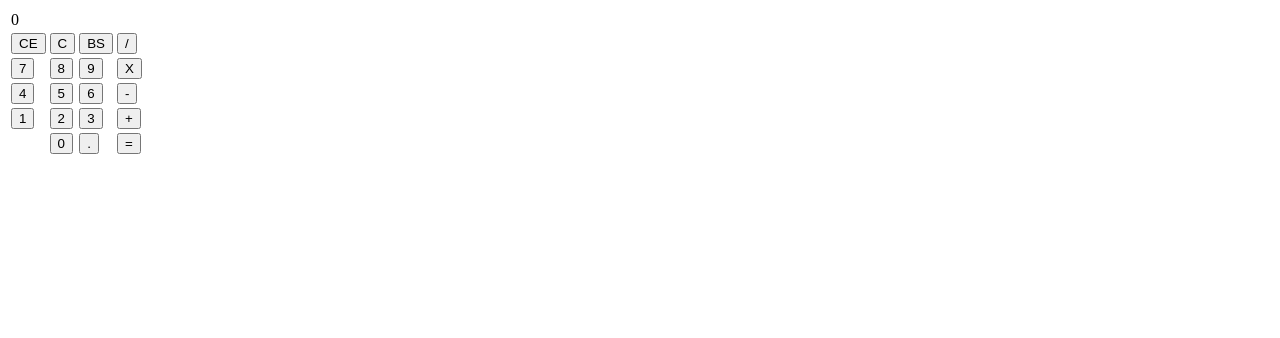
Repository: odreeblue/Study_ServletJSP
Page: jsp/workspace/JSPPrj/src/main/webapp/calc3.html
The author's editor kept a copy of each file at every save. The page is drawn from the files as they stood at one save, then again after the next save.
The browser window is 1280 px wide. The pictures show the whole page.

Above is the page before, as saved 2023-02-06 11:28:17.

After the next save:
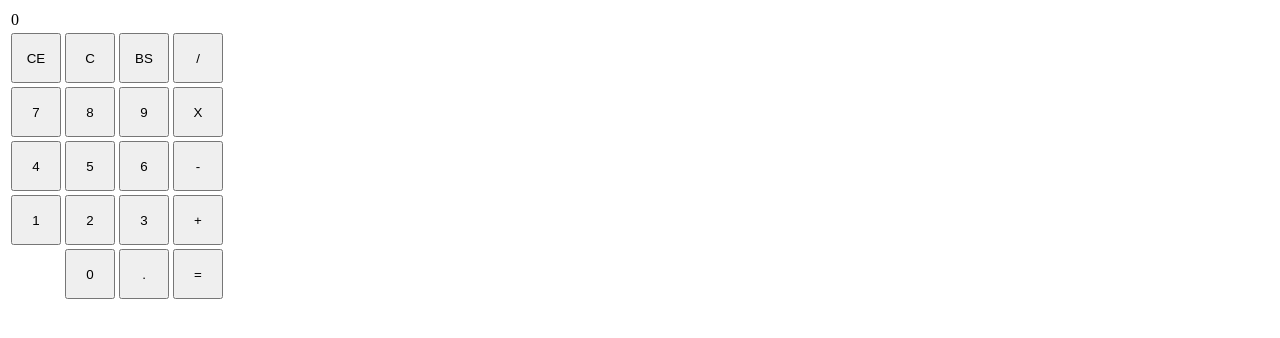
Saved 63 s later.
--- a/jsp/workspace/JSPPrj/src/main/webapp/calc3.html
+++ b/jsp/workspace/JSPPrj/src/main/webapp/calc3.html
@@ -3,6 +3,12 @@
 <head>
 <meta charset="UTF-8">
 <title>Insert title here</title>
+<style>
+input{
+	width:50px;
+	height:50px;
+}
+</style>
 </head>
 <body>
 	<div>
